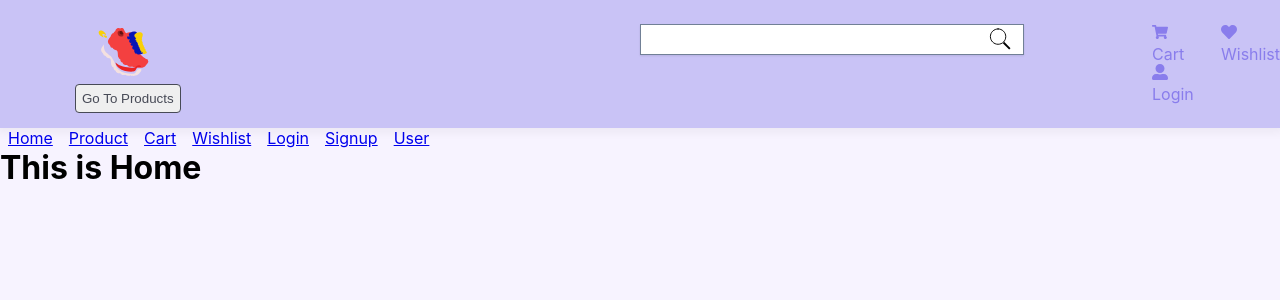
Repository: Irfan-vit/shoecase
Page: /
These files come from the project's save history. The page is drawn as it stood at one moment and after a run of saves; the edit follows.
The browser window is 1280 px wide. The pictures show the whole page.
The page's requests for data from a server got no answer. The project was rebuilt for these pictures with package versions that can differ from the ones it lists, and the page was loaded fresh each time. No one was signed in, and anything a server would have sent is missing. Also part of the build but not shown: src/pages/Product/ProductPage.jsx, src/pages/cart/CartPage.jsx, src/pages/wishlist/WishlistPage.jsx, src/pages/login/LoginPage.jsx, src/pages/signup/SignupPage.jsx, src/pages/user/StyledUser.jsx, src/components/forms/addAddress/AddAddress.jsx, src/components/forms/editAddress/EditAddress.jsx and 4 more.

Above is the page before, as saved 2023-05-22 04:41:49.

After the next 2 saves:
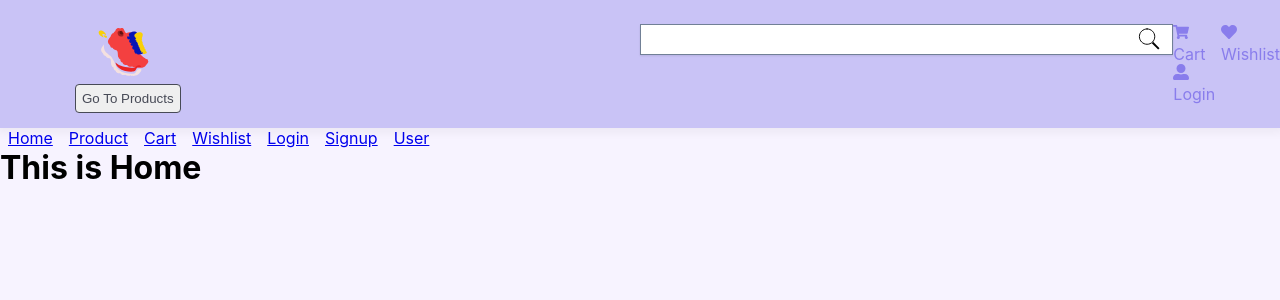
The 2 saves are shown as one change because they came seconds apart.
The last was saved 13 s later.
--- a/src/styles/NavBarStyles.jsx
+++ b/src/styles/NavBarStyles.jsx
@@ -29,7 +29,7 @@ const StyledNav = styled.nav`
     justify-content: space-between;
     flex-basis: 80%;
     > :nth-child(1) {
-      flex-basis: 60%;
+      flex-basis: 100%;
     }
     > :nth-child(2) {
       flex-basis: 20%;
